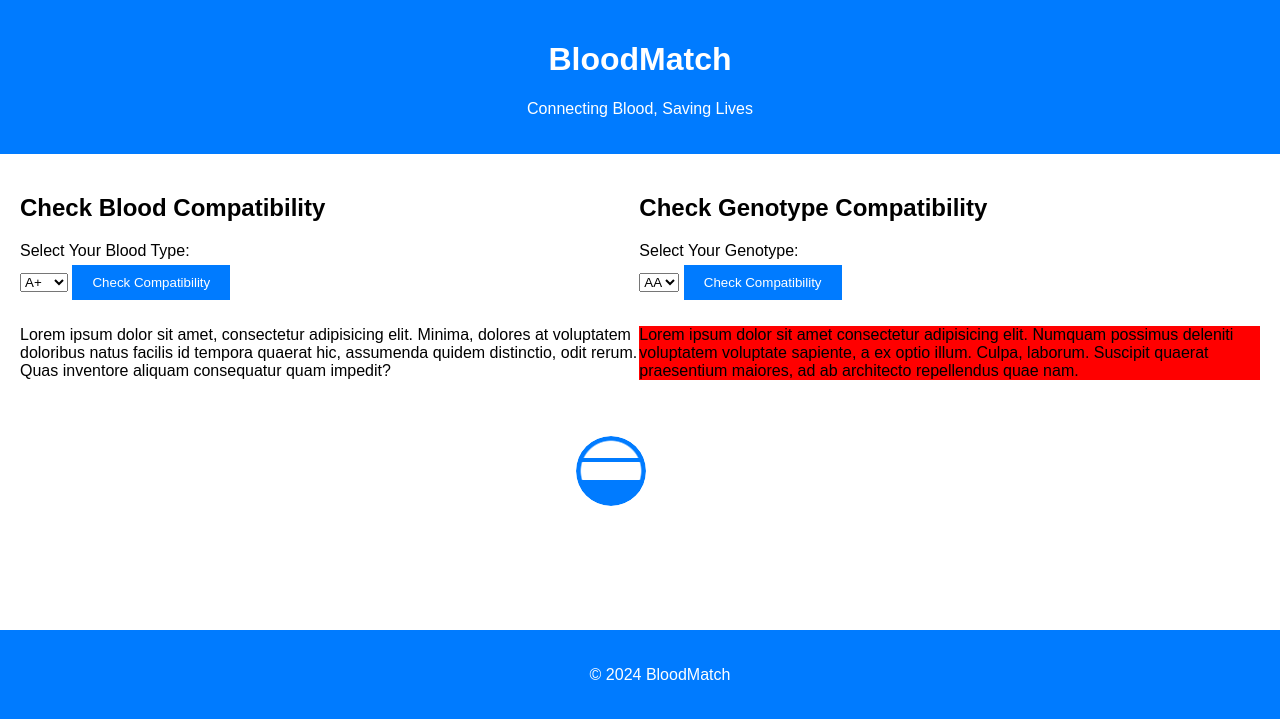
Repository: JuliusMonday/BloodMatch
Page: index.html
These files come from the project's save history. The page is drawn as it stood at one moment and after the next save; the edit follows.
The browser window is 1280 px wide. The pictures show the whole page.

Above is the page before, as saved 2024-05-02 16:47:54.

After the next save:
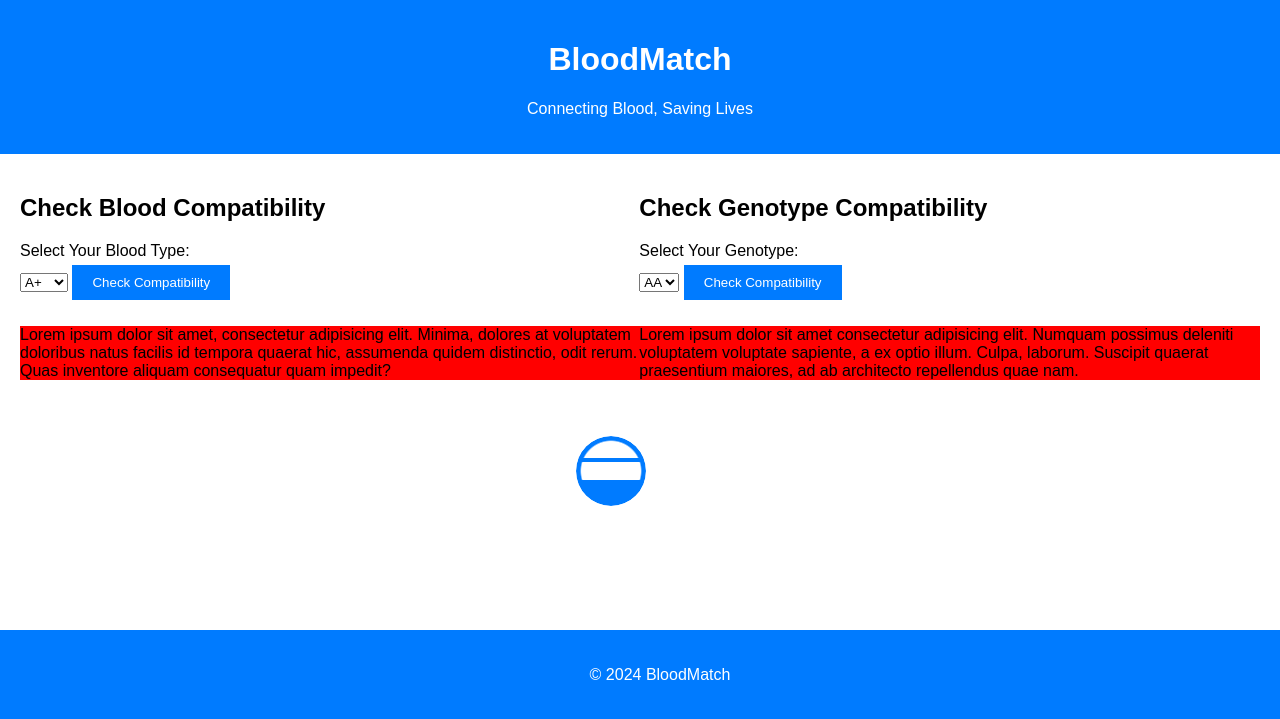
Saved 8 s later.
--- a/style.css
+++ b/style.css
@@ -47,7 +47,9 @@ body {
     background-color:red;
   }
   #compatibilityResult{
-
+    border: 20px;
+    border-color: blue;
+    background-color:red;
   }
   footer {
     bottom: 0;
